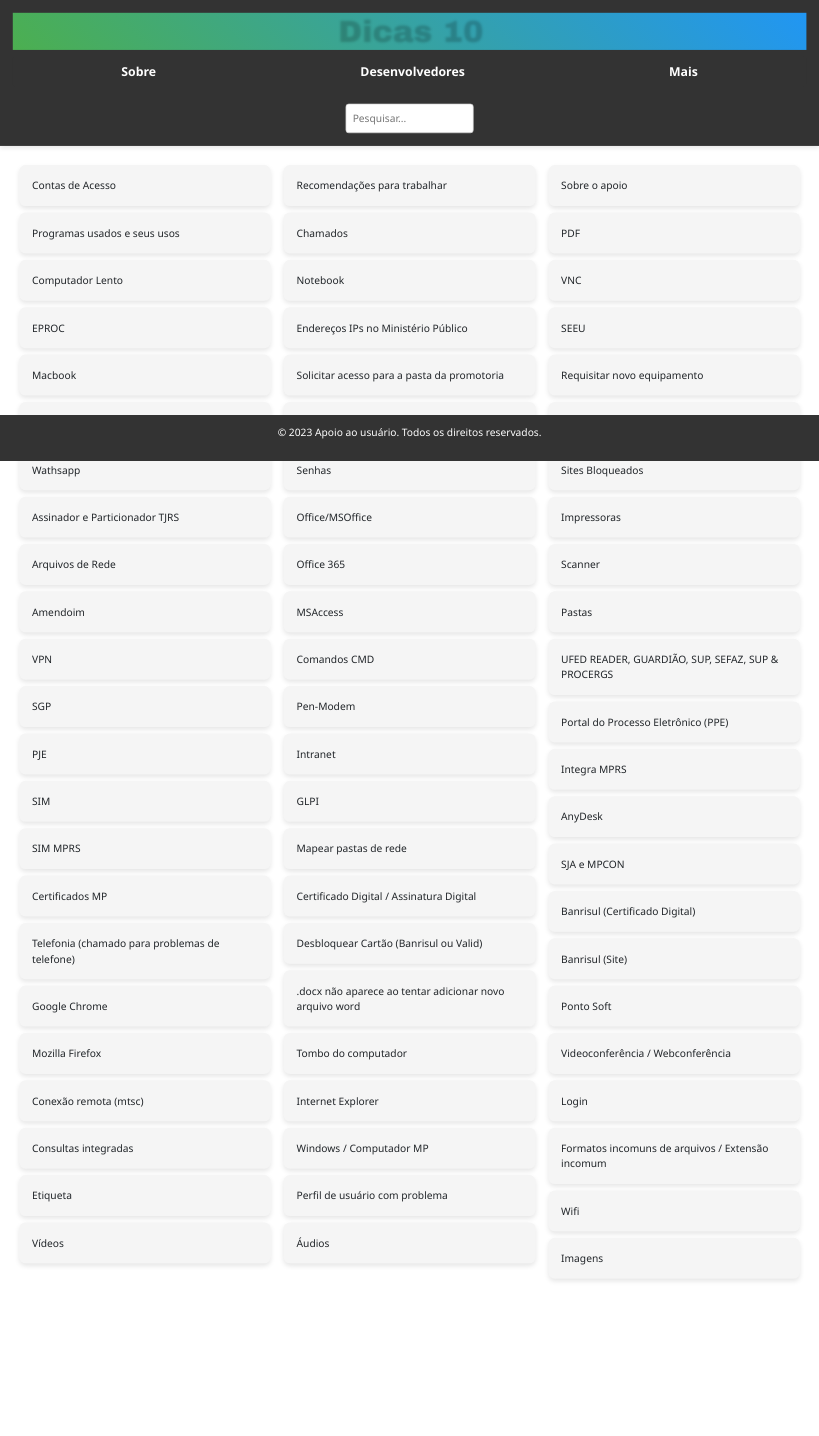
Repository: I4guito/dicasdez
Page: Dicas site/index.html
These files come from the project's save history. The page is drawn as it stood at one moment and after a run of saves; the edit follows.
The browser window is 1280 px wide. The pictures show the whole page, at 64% of full size.

Above is the page before, as saved 2023-12-11 12:15:03.

### Dicas site/index.html
<!DOCTYPE html>
<html lang="en">
<head>
    <meta charset="UTF-8">
    <meta name="viewport" content="width=device-width, initial-scale=1, shrink-to-fit=no">
    <link rel="stylesheet" href="https://stackpath.bootstrapcdn.com/bootstrap/4.3.1/css/bootstrap.min.css">
    <script src="https://code.jquery.com/jquery-3.3.1.slim.min.js"></script>
    <script src="https://stackpath.bootstrapcdn.com/bootstrap/4.3.1/js/bootstrap.min.js"></script>
    <link rel="stylesheet" href="styles.css">
    <script src="script.js"></script>

    <title>Dicas 10</title>
</head>
<body>
    <header>
        <h1>Dicas 10</h1>
        <nav>
            <ul>
                <li><a href="/Dicas site/Sobre/sobre.html">Sobre </a></li>
                <li><a href="/Dicas site/Desenvolvedores/desen.html">Desenvolvedores</a></li>
                <li><a href="/Dicas site/Mais/Mais.html">Mais</a></li>
            </ul>
        </nav>
        <input type="text" id="searchBar" placeholder="Pesquisar..." oninput="filterItems()">
    </header>

    <main>
        <div class="column" id="column1">
            <div class="box" onclick="openPage('/Dicas site/Dicas/contasacesso')">Contas de Acesso</div>
            <div class="box" onclick="openPage('/Dicas site/programas/programas')">Programas usados e seus usos</div>
            <div class="box" onclick="openPage('Dicas/pclento')">Computador Lento</div>
            <div class="box" onclick="openPage('Dicas/eproc')">EPROC</div>
            <div class="box" onclick="openPage('Dicas/macbook')">Macbook</div>
            <div class="box" onclick="openPage('Dicas/dns')">DNS</div>
            <div class="box" onclick="openPage('Dicas/waths')">Wathsapp</div>
            <div class="box" onclick="openPage('Dicas/tjrsap')">Assinador e Particionador TJRS</div>
            <div class="box" onclick="openPage('Dicas/arquivosderede')">Arquivos de Rede</div>
            <div class="box" onclick="openPage('Dicas/amendoim')">Amendoim</div>
            <div class="box" onclick="openPage('Dicas/vpn')">VPN</div>
            <div class="box" onclick="openPage('Dicas/SGP')">SGP</div>
            <div class="box" onclick="openPage('Dicas/PJE')">PJE</div>
            <div class="box" onclick="openPage('Dicas/SIM')">SIM</div>
            <div class="box" onclick="openPage('Dicas/SIMMPRS')">SIM MPRS</div>
            <div class="box" onclick="openPage('Dicas/certmp')">Certificados MP</div>
            <div class="box" onclick="openPage('Dicas/telefonia')">Telefonia (chamado para problemas de telefone)</div>
            <div class="box" onclick="openPage('Dicas/chrome')">Google Chrome</div>
            <div class="box" onclick="openPage('Dicas/mozilla')">Mozilla Firefox</div>
            <div class="box" onclick="openPage('Dicas/mtsc')">Conexão remota (mtsc)</div>
            <div class="box" onclick="openPage('Dicas/consultasi')">Consultas integradas</div>
            <div class="box" onclick="openPage('Dicas/etiqueta')">Etiqueta</div>
            <div class="box" onclick="openPage('Dicas/sobrevideos')">Vídeos</div>
        </div>

        <div class="column" id="column2">
            <div class="box" onclick="openPage('Dicas/recomenda')">Recomendações para trabalhar</div>
            <div class="box" onclick="openPage('Dicas/chamado')">Chamados</div>
            <div class="box" onclick="openPage('Dicas/notebook')">Notebook</div>
            <div class="box" onclick="openPage('Dicas/ips')">Endereços IPs no Ministério Público</div>
            <div class="box" onclick="openPage('Dicas/pastapro')">Solicitar acesso para a pasta da promotoria</div>
            <div class="box" onclick="openPage('Dicas/pendrive')">Pendrive</div>
            <div class="box" onclick="openPage('Dicas/senhas')">Senhas</div>
            <div class="box" onclick="openPage('Dicas/msoffice')">Office/MSOffice</div>
            <div class="box" onclick="openPage('Dicas/365')">Office 365</div>
            <div class="box" onclick="openPage('Dicas/access')">MSAccess</div>
            <div class="box" onclick="openPage('Dicas/cmd')">Comandos CMD</div>
            <div class="box" onclick="openPage('Dicas/penmodem')">Pen-Modem</div>
            <div class="box" onclick="openPage('Dicas/Intranet')">Intranet</div>
            <div class="box" onclick="openPage('Dicas/GLPI')">GLPI</div>
            <div class="box" onclick="openPage('Dicas/maprede')">Mapear pastas de rede</div>
            <div class="box" onclick="openPage('Dicas/certificadoeassinatura')">Certificado Digital / Assinatura Digital</div>
            <div class="box" onclick="openPage('Dicas/banvalid')">Desbloquear Cartão (Banrisul ou Valid) </div>
            <div class="box" onclick="openPage('Dicas/docxn')">.docx não aparece ao tentar adicionar novo arquivo word</div>
            <div class="box" onclick="openPage('Dicas/tombo')">Tombo do computador</div>
            <div class="box" onclick="openPage('Dicas/explorer')">Internet Explorer</div>
            <div class="box" onclick="openPage('Dicas/windows compmp')">Windows / Computador MP</div>
            <div class="box" onclick="openPage('Dicas/perfilproblema')">Perfil de usuário com problema</div>
            <div class="box" onclick="openPage('Dicas/sobreaudios')">Áudios</div>
        </div>

        <div class="column" id="column3">
            <div class="box" onclick="openPage('Dicas/sapoio')">Sobre o apoio</div>
            <div class="box" onclick="openPage('Dicas/pdf')">PDF</div>
            <div class="box" onclick="openPage('Dicas/vnc')">VNC</div>
            <div class="box" onclick="openPage('Dicas/seeu')">SEEU</div>
            <div class="box" onclick="openPage('Dicas/requisiçãoequip')">Requisitar novo equipamento</div>
            <div class="box" onclick="openPage('Dicas/leitorcartao')">Leitor de Cartão</div>
            <div class="box" onclick="openPage('Dicas/cgasite')">Sites Bloqueados</div>
            <div class="box" onclick="openPage('Dicas/impressoras')">Impressoras</div>
            <div class="box" onclick="openPage('Dicas/scanner')">Scanner</div>
            <div class="box" onclick="openPage('Dicas/pasta')">Pastas</div>
            <div class="box" onclick="openPage('Dicas/alguns sistemas')">UFED READER, GUARDIÃO, SUP, SEFAZ, SUP & PROCERGS</div>
            <div class="box" onclick="openPage('Dicas/PPE')">Portal do Processo Eletrônico (PPE)</div>
            <div class="box" onclick="openPage('Dicas/integra')">Integra MPRS</div>
            <div class="box" onclick="openPage('Dicas/anydesk')">AnyDesk</div>
            <div class="box" onclick="openPage('Dicas/sja')">SJA e MPCON</div>
            <div class="box" onclick="openPage('Dicas/banricert')">Banrisul (Certificado Digital)</div>
            <div class="box" onclick="openPage('Dicas/banrisite')">Banrisul (Site)</div>
            <div class="box" onclick="openPage('Dicas/pontosoft')">Ponto Soft</div>
            <div class="box" onclick="openPage('Dicas/videoconfe')">Videoconferência / Webconferência</div>
            <div class="box" onclick="openPage('Dicas/loginmp')">Login</div>
            <div class="box" onclick="openPage('Dicas/formatosinc')">Formatos incomuns de arquivos / Extensão incomum</div>
            <div class="box" onclick="openPage('Dicas/wifi')">Wifi</div>
            <div class="box" onclick="openPage('Dicas/sobreimagens')">Imagens</div>
        </div>
    </main><br><br><br><br><br><br><br><br><br>


    <footer>
        <p>&copy; 2023 Apoio ao usuário. Todos os direitos reservados.</p>
    </footer>

</body>
</html>

### Dicas site/styles.css
body {
    font-family: 'Segoe UI', Tahoma, Geneva, Verdana, sans-serif;
    margin: 0;
    padding: 0;

}

header {
    background-color: #333;
    color: #fff;
    text-align: center;
    padding: 20px;
    box-shadow: 0 4px 8px rgba(0, 0, 0, 0.1);
}

header h1{
    margin: 0;
    font-size: 3em;
    color: #ffd700; /* Cor amarela */
    text-shadow: 2px 2px 4px rgba(0, 0, 0, 0.2);
    background: linear-gradient(45deg, #4CAF50, #2196F3);

    color: transparent;
    font-family: 'Arial Black', sans-serif;
}

nav ul {
    list-style-type: none;
    padding: 0;
    display: flex;
    justify-content: space-around;
    margin-top: 10px;
    background-color: #333;
    padding: 10px;
    border-radius: 5px;
}

nav a {
    text-decoration: none;
    color: #fff;
    font-weight: bold;
    font-size: 1.2em;
    transition: color 0.3s ease-in-out;
}

nav a:hover {
    color: #ffd700;
}

input[type="text"] {
    padding: 10px;
    margin-top: 10px;
    width: 200px;
    border: 1px solid #ccc;
    border-radius: 5px;
}

main {
    display: flex;
    justify-content: space-around;
    padding: 20px;
}

.column {
    flex: 1;
}


.box {
    background-color: #f5f5f5;
    padding: 20px;
    margin: 10px;
    cursor: pointer;
    border-radius: 10px;
    box-shadow: 0 4px 8px rgba(0, 0, 0, 0.1);
    transition: background-color 0.3s ease-in-out;
}

.box:hover {
    background-color: #ddd;
}

footer {
    background-color: #333;
    color: #fff;
    text-align: center;
    padding: 1em;
    position: fixed;
    bottom: 0;
    width: 100%;
}

### Dicas site/script.js
function filterItems() {
    var searchBar = document.getElementById('searchBar');
    var filter = searchBar.value.toUpperCase();

    var columns = document.getElementsByClassName('column');
    for (var i = 0; i < columns.length; i++) {
        var boxes = columns[i].getElementsByClassName('box');
        for (var j = 0; j < boxes.length; j++) {
            var item = boxes[j];
            var textValue = item.textContent || item.innerText;
            if (textValue.toUpperCase().indexOf(filter) > -1) {
                item.style.display = "";
            } else {
                item.style.display = "none";
            }
        }
    }
}

function openPage(pageName) {
    window.location.href = pageName + '.html';
}

const isOpera = navigator.userAgent.indexOf("OPR") > -1;

if (isOpera) {
    document.addEventListener("DOMContentLoaded", function () {
        const containers = document.querySelectorAll(".container");
        containers.forEach(function (container) {
            container.style.backgroundColor = "#005c4b";
            container.style.color = "#333";
        });
    });
}

After the next 2 saves:
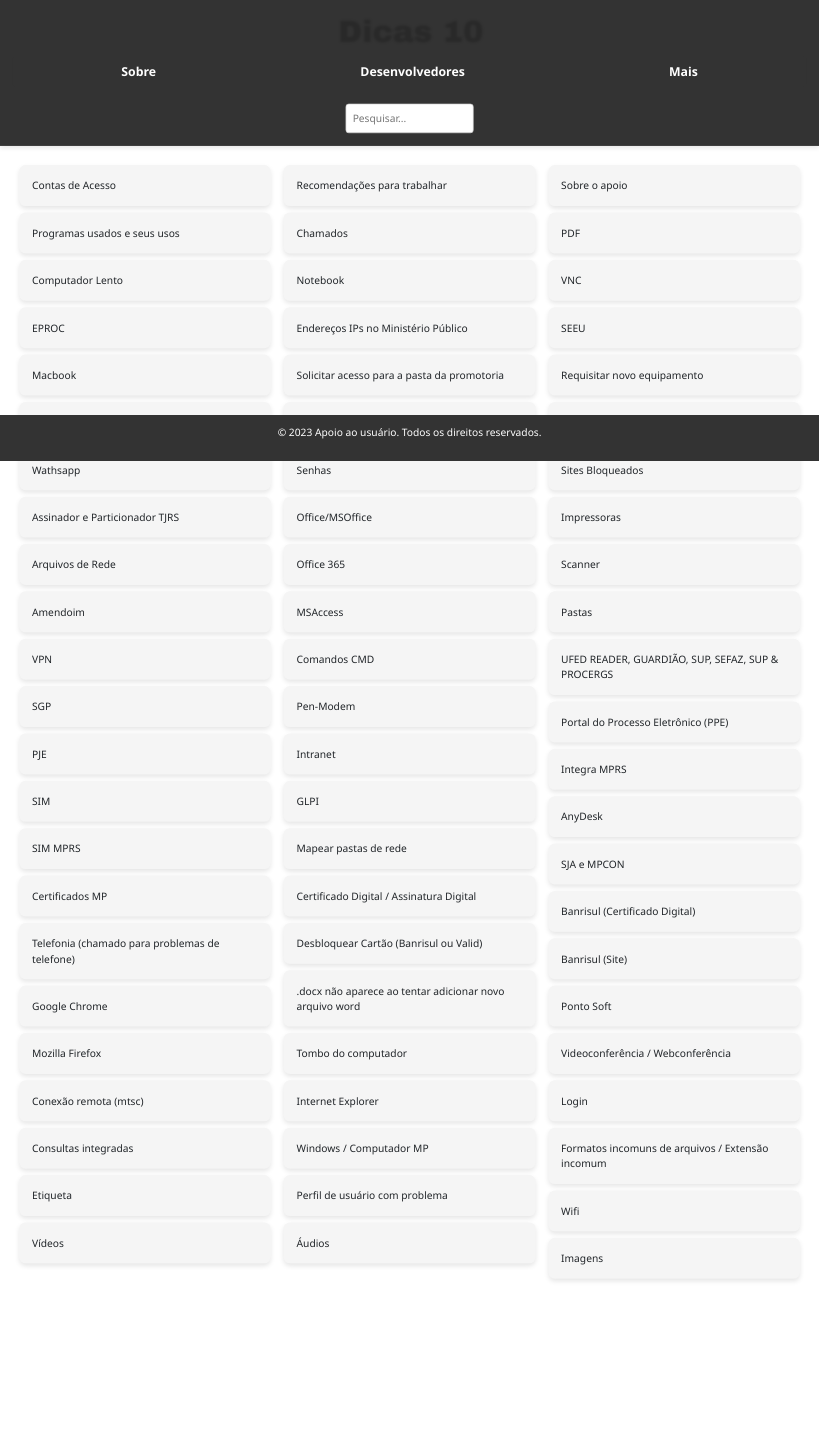
The 2 saves are shown as one change because they came seconds apart.
The last was saved 10 s later.
--- a/Dicas site/styles.css
+++ b/Dicas site/styles.css
@@ -18,8 +18,7 @@ header h1{
     font-size: 3em;
     color: #ffd700; /* Cor amarela */
     text-shadow: 2px 2px 4px rgba(0, 0, 0, 0.2);
-    background: linear-gradient(45deg, #4CAF50, #2196F3);
-
+    -webkit-background-clip: text;
     color: transparent;
     font-family: 'Arial Black', sans-serif;
 }
